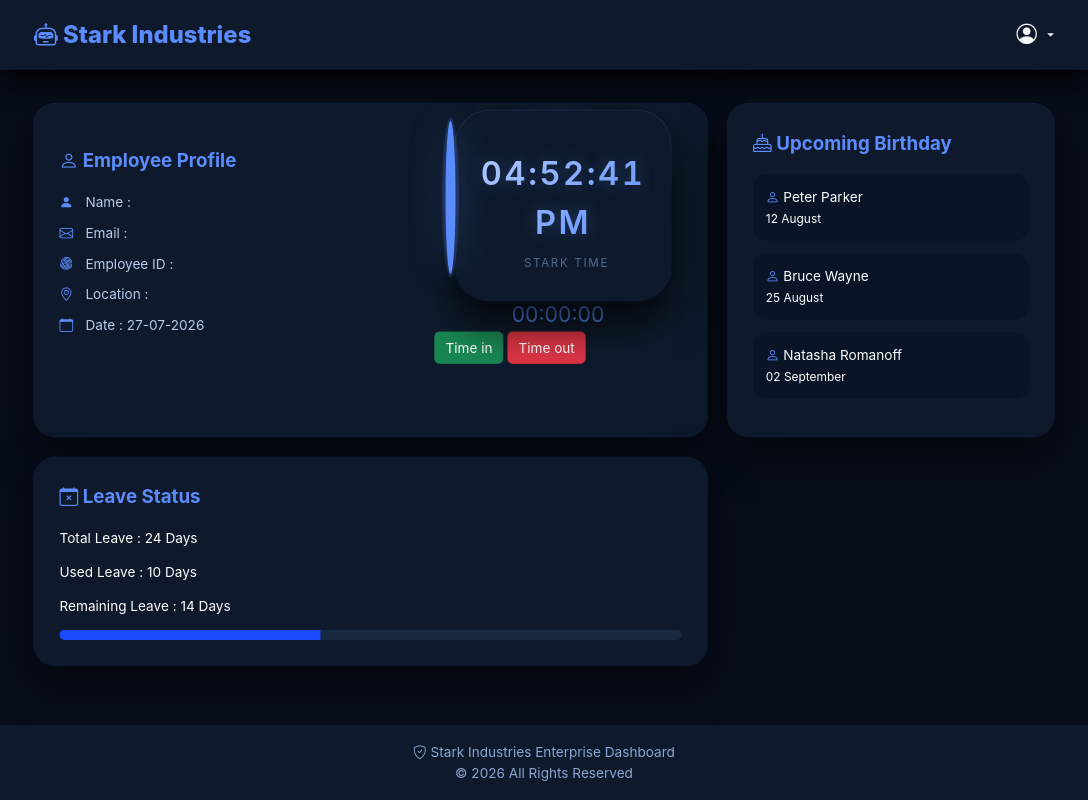
Repository: abhinav050799/office-management-
Page: resources/views/dashboard.blade.php
The author's editor kept a copy of each file at every save. The page is drawn from the files as they stood at one save, then again after the next save.
The browser window is 1280 px wide. The pictures show the whole page, at 85% of full size.
The page is served by the project's Laravel application, run on PHP 8.4 with Laravel 12. The template is opened directly, without the code that normally fills it, so the values that code supplies are empty.

Above is the page before, as saved 2026-07-27 17:08:15.

After the next save:
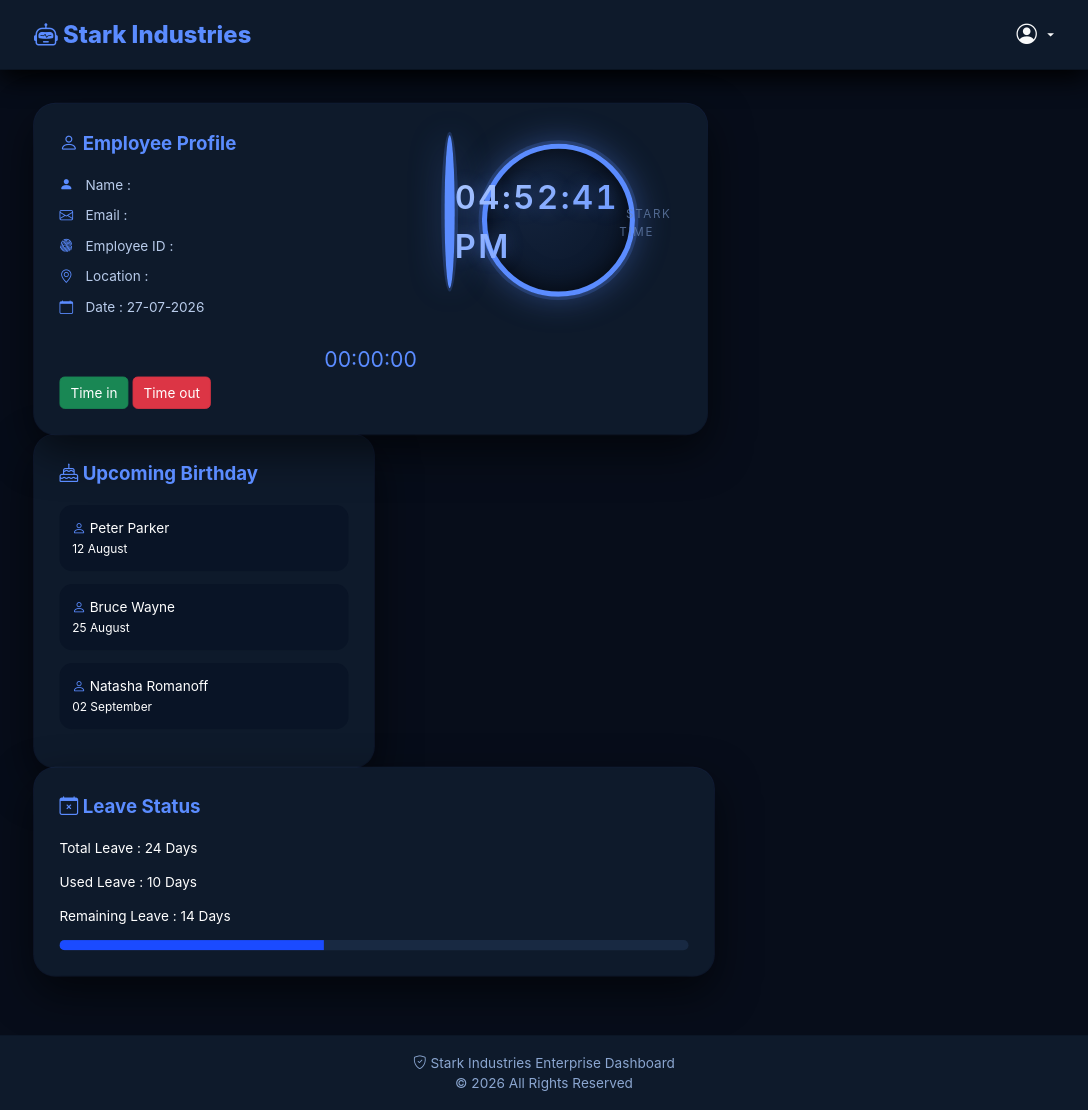
Saved 11 s later.
--- a/resources/views/dashboard.blade.php
+++ b/resources/views/dashboard.blade.php
@@ -128,10 +128,6 @@
         <circle cx="50" cy="50" r="2" fill="#0e1a2b"/> <!-- inner dot for depth -->
       </svg>
     </div>
-
-                                 <div class="clock-card">
-
-    <!-- MODERN WATCH FACE (SVG) -->
 
 
     <!-- DIGITAL TIME (matches your .time style but upgraded) -->

After the save that followed:
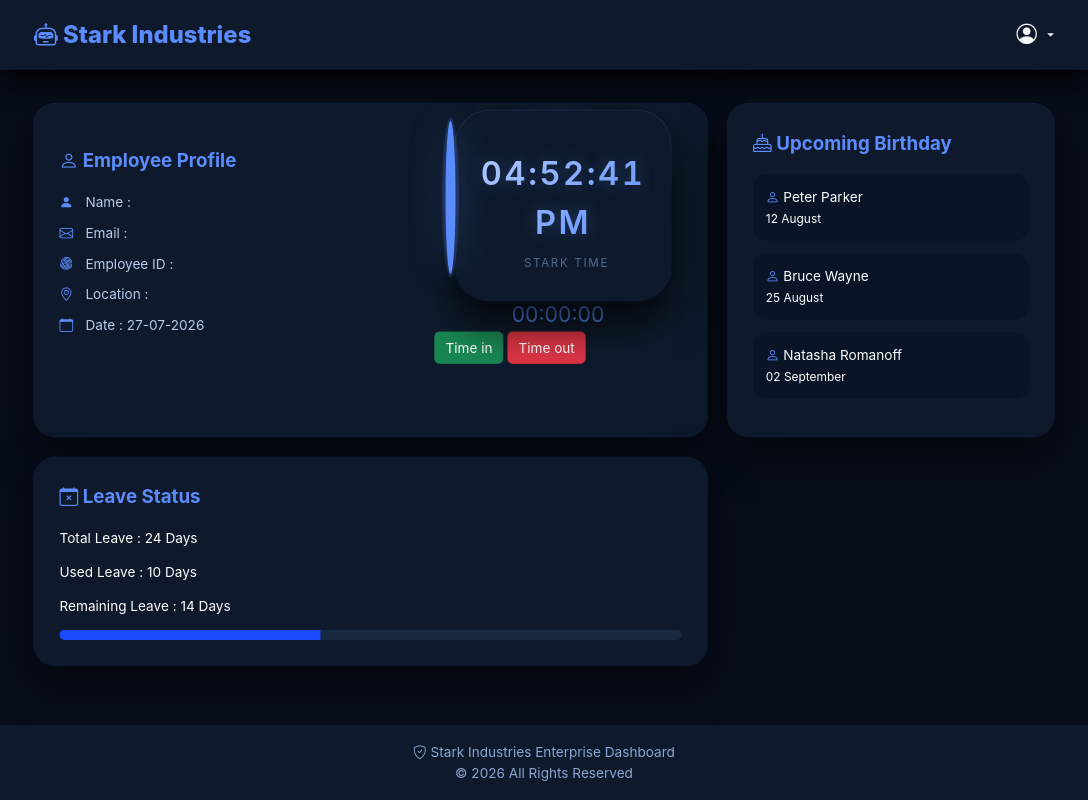
Saved 6 s later.
--- a/resources/views/dashboard.blade.php
+++ b/resources/views/dashboard.blade.php
@@ -128,6 +128,10 @@
         <circle cx="50" cy="50" r="2" fill="#0e1a2b"/> <!-- inner dot for depth -->
       </svg>
     </div>
+
+                                 <div class="clock-card">
+
+    <!-- MODERN WATCH FACE (SVG) -->
 
 
     <!-- DIGITAL TIME (matches your .time style but upgraded) -->
